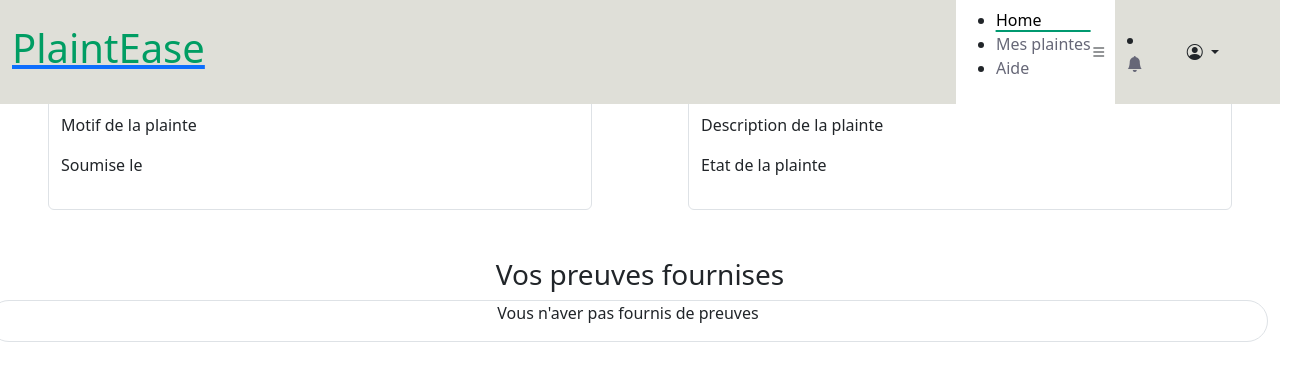
Repository: Senare1/PlaintEasy
Page: complaints/templates/complaints/plaint_detail.html
These files come from the project's save history. The page is drawn as it stood at one moment and after the next save; the edit follows.
The browser window is 1280 px wide. The page is 1292 px wide, so the pictures cover 1292 px, including what lies to the right of the window. The pictures show the whole page.
Some web libraries are served in a nearby version. The template is drawn by Django 4.2. The application's start-up code is not run. Other server files are loaded and not shown. The template is opened directly, without the code that normally fills it, so the values that code supplies are empty.

Above is the page before, as saved 2024-08-11 08:55:36.
Console error: ReferenceError: Swiper is not defined

### complaints/templates/complaints/plaint_detail.html
{% load static %}
<!DOCTYPE html>
<html lang="en">

<head>
  <meta charset="utf-8">
  <meta content="width=device-width, initial-scale=1.0" name="viewport">

  <title>Mes plaintes</title>
  <meta content="" name="description">
  <meta content="" name="keywords">

  <!-- Vendor CSS Files -->
  <link href="https://cdn.jsdelivr.net/npm/bootstrap@5.3.3/dist/css/bootstrap.min.css" rel="stylesheet" integrity="sha384-QWTKZyjpPEjISv5WaRU9OFeRpok6YctnYmDr5pNlyT2bRjXh0JMhjY6hW+ALEwIH" crossorigin="anonymous">
  <link href="https://cdnjs.cloudflare.com/ajax/libs/font-awesome/6.1.1/css/all.min.css" rel="stylesheet">
  <link rel="stylesheet" href="https://cdnjs.cloudflare.com/ajax/libs/bootstrap-icons/1.10.0/font/bootstrap-icons.min.css">
  <link rel="stylesheet" href="https://cdnjs.cloudflare.com/ajax/libs/font-awesome/5.15.3/css/all.min.css" />
  <style>
    tr.clickable-row {
        cursor: pointer;
    }

    tr.clickable-row:hover {
        background-color: #f5f5f5;
    }
</style>

  <!-- Template Main CSS File -->
  <link href="{% static 'complaints/css/style.css' %}" rel="stylesheet">

</head>
<!-- ======= Header ======= -->


<body>

  <!-- ======= Header ======= -->
  <header id="header" class="fixed-top d-flex align-items-center" style="background-color:rgb(223, 223, 216);">
    <div class="container d-flex align-items-center justify-content-between">

      <div class="logo">
        <h1><a href="{% url 'home' %}"><span style="color: #009d63;">PlaintEase</span></a></h1>
        <!-- Uncomment below if you prefer to use an image logo -->
        <!-- <a href="index.html"><img src="assets/img/logo.png" alt="" class="img-fluid"></a>-->
      </div>

      <nav id="navbar" class="navbar">
        <ul>
          <li><a class="nav-link scrollto active" href="{% url 'home' %}">Home</a></li>
          <li><a class="nav-link scrollto" href="{% url 'my_plaints' %}">Mes plaintes</a></li>
          <li><a class="nav-link scrollto" href="{% url 'help' %}">Aide</a></li>
        </ul>
        <i class="bi bi-list mobile-nav-toggle"></i>
      </nav>
    </div>

    <li class="nav-item notification-icon">
          <a class="nav-link" href="#" id="MYResponses" data-toggle="modal" data-target="#infoModal">
              <i class="bi bi-bell-fill"></i>
              <span class="badge">{{number}}</span>
          </a>
      </li>

  <div class="dropdown me-5 ms-4">

    <button class="btn  dropdown-toggle " type="button" data-bs-toggle="dropdown" aria-expanded="false">
      <i class="bi bi-person-circle "></i>
    </button>
    <ul class="dropdown-menu">
      <!-- <li><a class="dropdown-item" href="#">Profile</a></li> -->
      <li><a class="dropdown-item text-danger" href="{% url 'logout' %}"><i class="fas fa-power-off"></i>Logout</a></li>
    </ul>
  </div>
    <!-- <button type="button" class="btn"><a class="getstarted scrollto" href="">Logout</a></button> -->

  </header><!-- End Header -->

<div class="row mx-auto my-5">
    <div class="col mx-5 border rounded mt-5 py-3 ">
        <p>Motif de la plainte</p>
        <div class="ms-2">{{ complaint.motif }}</div>
        <p>Soumise le {{ complaint.incident_date }}</p>
    </div>
    <div class="col mx-5 border rounded mt-5 py-3">
        <p>Description de la plainte</p>
        <div class="ms-3">{{ complaint.motif }}</div>
        <p>Etat de la plainte</p>
        <span class="text-info">{{ complaint.get_status_display }}</span>
    </div>
</div>

<div class="row">
    <h3 class="text-center">Vos preuves fournises</h3>
    <div class="row">
        {% for proof in proofs%}

        {% if proof.image %}
        <div class="col mx-auto">
            <div class="card mx-2 w-25">
                <i class="fa fa-image fs-2"></i>
                <div class="card-boby">
                    <a href="{{ proof.image.url }}" class="card-link">Voir</a>
                </div>
            </div>
        </div>
        {% endif %}

        {% if proof.video %}
        <div class="col">
            <div class="card mx-2 w-25">
                <i class="fa-thin fa-image fs-2"></i>
                <div class="card-boby">
                    <a href="{{ proof.image.url }}" class="card-link">Voir</a>
                </div>
            </div>
        </div>
        {% endif %}

        {% endfor %}
        {% if not proofs %}
        <div class="row mx-auto text-center border rounded-pill">
            <p class="text-center">Vous n'aver pas fournis de preuves</p>
        </div>
        {% endif %}
    </div>
</div>

  <!---------les scripts js-->
  <script src="https://cdn.jsdelivr.net/npm/bootstrap@5.3.3/dist/js/bootstrap.bundle.min.js" integrity="sha384-YvpcrYf0tY3lHB60NNkmXc5s9fDVZLESaAA55NDzOxhy9GkcIdslK1eN7N6jIeHz" crossorigin="anonymous"></script>
  <script src="{% static 'complaints/js/main.js' %}"></script>

</body>

</html>

### complaints/static/complaints/css/style.css
.navbar{
    background-color: #fff;
    /*height: 80px;*/
    font-size: 16px;
    /*margin: 20px;
    border-radius: 40px;*/
    padding: 0.5rem;
}


.navbar-brand{
    color: #009970;
    font-weight: 500;
    font-size: 24px;
    transition: 0.3s color;
}
.logout-button{
    background-color: #990000;
    font-size: 14px;
    color: #fff;
    padding: 8px 20px;
    border-radius: 50px;
    text-decoration: none;
    transition: 0.3s background-color;
}

.logout-button:hover{
    background-color: #990000;
}

.navbar-toggler{
    border: none;
    font-size: 1.25rem;
}
.navbar-toggler:focus,.btn-close:focus{
    box-shadow: none;
    outline: none;
}

.nav-link{
    color: #666777;
    font-weight: 500;
    position: relative;
}

.nav-link:hover,.nav-link.active{
    color: #000;
}
@media(min-width:991px){
    .nav-link::before{
        content: "";
        position: absolute;
        bottom: 0;
        left: 50%;
        transform: translateX(-50%);
        width: 0;
        height: 2px;
        background-color: #009970;
        visibility: hidden;
        transition: 0.3s ease-in-out;
    }

    .nav-link:hover::before,.nav-link.nav-link.active::before{
        width: 100%;
        visibility: visible;
    }
}

.hero-section{
    background : url(../image/law.jpeg) no-repeat center;
    background-size: cover;
    width: 100%;
    height: 100vh;
    padding-top: 50px;
}

/* Contrôle de la barre de recherche*/
.search-form {
    border-radius: .10rem;
    padding: 0.3rem;
}
.search-input {
    border: none;
    box-shadow: none;
}
.search-input:focus {
    border: none;
    box-shadow: none;
    outline: none;
}
.search-button {
    border: none;
    box-shadow: none;
}
.search-button:focus {
    outline: none;
}

/* End footer*/

/* Start footer*/

.footer {
    background-color: #f8f9fa;
    padding: 2rem 0;
    border-top: 1px solid #e9ecef;
}
.footer a {
    color: #6c757d;
    text-decoration: none;
}
.footer a:hover {
    text-decoration: underline;
}
.social-icons a {
    margin: 0 0.5rem;
    color: #6c757d;
}
.social-icons a:hover {
    color: #495057;
}


/* End footer*/

### complaints/static/complaints/js/main.js
/**
* Template Name: Vesperr - v4.10.0
* Template URL: https://bootstrapmade.com/vesperr-free-bootstrap-template/
* Author: BootstrapMade.com
* License: https://bootstrapmade.com/license/
*/
(function() {
  "use strict";

  /**
   * Easy selector helper function
   */
  const select = (el, all = false) => {
    el = el.trim()
    if (all) {
      return [...document.querySelectorAll(el)]
    } else {
      return document.querySelector(el)
    }
  }

  /**
   * Easy event listener function
   */
  const on = (type, el, listener, all = false) => {
    let selectEl = select(el, all)
    if (selectEl) {
      if (all) {
        selectEl.forEach(e => e.addEventListener(type, listener))
      } else {
        selectEl.addEventListener(type, listener)
      }
    }
  }

  /**
   * Easy on scroll event listener
   */
  const onscroll = (el, listener) => {
    el.addEventListener('scroll', listener)
  }

  /**
   * Navbar links active state on scroll
   */
  let navbarlinks = select('#navbar .scrollto', true)
  const navbarlinksActive = () => {
    let position = window.scrollY + 200
    navbarlinks.forEach(navbarlink => {
      if (!navbarlink.hash) return
      let section = select(navbarlink.hash)
      if (!section) return
      if (position >= section.offsetTop && position <= (section.offsetTop + section.offsetHeight)) {
        navbarlink.classList.add('active')
      } else {
        navbarlink.classList.remove('active')
      }
    })
  }
  window.addEventListener('load', navbarlinksActive)
  onscroll(document, navbarlinksActive)

  /**
   * Scrolls to an element with header offset
   */
  const scrollto = (el) => {
    let header = select('#header')
    let offset = header.offsetHeight

    if (!header.classList.contains('header-scrolled')) {
      offset -= 20
    }

    let elementPos = select(el).offsetTop
    window.scrollTo({
      top: elementPos - offset,
      behavior: 'smooth'
    })
  }

  /**
   * Toggle .header-scrolled class to #header when page is scrolled
   */
  let selectHeader = select('#header')
  if (selectHeader) {
    const headerScrolled = () => {
      if (window.scrollY > 100) {
        selectHeader.classList.add('header-scrolled')
      } else {
        selectHeader.classList.remove('header-scrolled')
      }
    }
    window.addEventListener('load', headerScrolled)
    onscroll(document, headerScrolled)
  }

  /**
   * Back to top button
   */
  let backtotop = select('.back-to-top')
  if (backtotop) {
    const toggleBacktotop = () => {
      if (window.scrollY > 100) {
        backtotop.classList.add('active')
      } else {
        backtotop.classList.remove('active')
      }
    }
    window.addEventListener('load', toggleBacktotop)
    onscroll(document, toggleBacktotop)
  }

  /**
   * Mobile nav toggle
   */
  on('click', '.mobile-nav-toggle', function(e) {
    select('#navbar').classList.toggle('navbar-mobile')
    this.classList.toggle('bi-list')
    this.classList.toggle('bi-x')
  })

  /**
   * Mobile nav dropdowns activate
   */
  on('click', '.navbar .dropdown > a', function(e) {
    if (select('#navbar').classList.contains('navbar-mobile')) {
      e.preventDefault()
      this.nextElementSibling.classList.toggle('dropdown-active')
    }
  }, true)

  /**
   * Scrool with ofset on links with a class name .scrollto
   */
  on('click', '.scrollto', function(e) {
    if (select(this.hash)) {
      e.preventDefault()

      let navbar = select('#navbar')
      if (navbar.classList.contains('navbar-mobile')) {
        navbar.classList.remove('navbar-mobile')
        let navbarToggle = select('.mobile-nav-toggle')
        navbarToggle.classList.toggle('bi-list')
        navbarToggle.classList.toggle('bi-x')
      }
      scrollto(this.hash)
    }
  }, true)

  /**
   * Scroll with ofset on page load with hash links in the url
   */
  window.addEventListener('load', () => {
    if (window.location.hash) {
      if (select(window.location.hash)) {
        scrollto(window.location.hash)
      }
    }
  });

  /**
   * Testimonials slider
   */
  new Swiper('.testimonials-slider', {
    speed: 600,
    loop: true,
    autoplay: {
      delay: 5000,
      disableOnInteraction: false
    },
    slidesPerView: 'auto',
    pagination: {
      el: '.swiper-pagination',
      type: 'bullets',
      clickable: true
    },
    breakpoints: {
      320: {
        slidesPerView: 1,
        spaceBetween: 20
      },

      1200: {
        slidesPerView: 2,
        spaceBetween: 20
      }
    }
  });

  /**
   * Porfolio isotope and filter
   */
  window.addEventListener('load', () => {
    let portfolioContainer = select('.portfolio-container');
    if (portfolioContainer) {
      let portfolioIsotope = new Isotope(portfolioContainer, {
        itemSelector: '.portfolio-item',
        layoutMode: 'fitRows'
      });

      let portfolioFilters = select('#portfolio-flters li', true);

      on('click', '#portfolio-flters li', function(e) {
        e.preventDefault();
        portfolioFilters.forEach(function(el) {
          el.classList.remove('filter-active');
        });
        this.classList.add('filter-active');

        portfolioIsotope.arrange({
          filter: this.getAttribute('data-filter')
        });
        portfolioIsotope.on('arrangeComplete', function() {
          AOS.refresh()
        });
      }, true);
    }

  });

  /**
   * Initiate portfolio lightbox
   */
  const portfolioLightbox = GLightbox({
    selector: '.portfolio-lightbox'
  });

  /**
   * Portfolio details slider
   */
  new Swiper('.portfolio-details-slider', {
    speed: 400,
    loop: true,
    autoplay: {
      delay: 5000,
      disableOnInteraction: false
    },
    pagination: {
      el: '.swiper-pagination',
      type: 'bullets',
      clickable: true
    }
  });

  /**
   * Animation on scroll
   */
  window.addEventListener('load', () => {
    AOS.init({
      duration: 1000,
      easing: 'ease-in-out',
      once: true,
      mirror: false
    })
  });

  /**
   * Initiate Pure Counter
   */
  new PureCounter();

})()



// script.js

const carouselItems = document.querySelectorAll('.carousel-item');
let index = 0;

function showImage(index) {
    carouselItems.forEach((item, i) => {
        item.classList.remove('active');
        item.style.animation = ''; // Réinitialise l'animation
        if (i === index) {
            item.classList.add('active');
            item.style.animation = 'fadeIn 1s ease-in-out'; // Animation d'entrée
        }
    });
}

function nextImage() {
    carouselItems[index].style.animation = 'fadeOut 1s ease-in-out'; // Animation de sortie
    index = (index + 1) % carouselItems.length;
    showImage(index);
}

// Initial setup
showImage(index);

// Automatic slide every 3 seconds
setInterval(nextImage, 3000); // Change image every 3 seconds

After the next save:
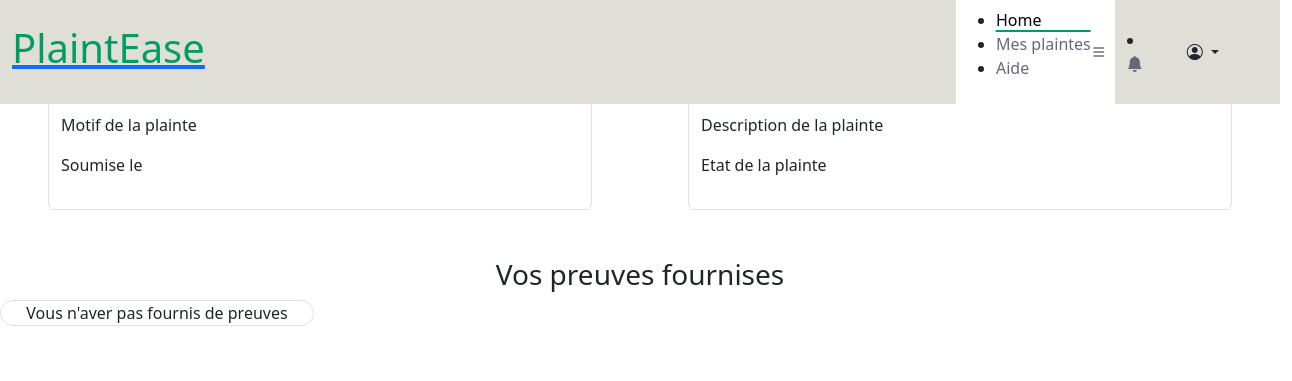
Saved 31 s later.
--- a/complaints/templates/complaints/plaint_detail.html
+++ b/complaints/templates/complaints/plaint_detail.html
@@ -118,8 +118,8 @@
 
         {% endfor %}
         {% if not proofs %}
-        <div class="row mx-auto text-center border rounded-pill">
-            <p class="text-center">Vous n'aver pas fournis de preuves</p>
+        <div class="row mx-auto text-center ">
+            <p class="text-center border rounded-pill w-25">Vous n'aver pas fournis de preuves</p>
         </div>
         {% endif %}
     </div>
